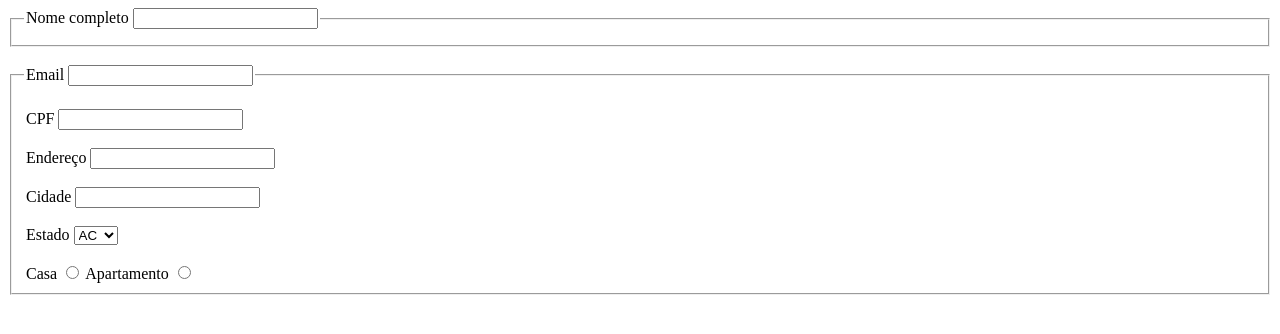
Repository: Parker9309/-trybe-exercises
Page: exercises/exercises-bloco6/html-e-css-forms-flexbox-e-responsivo_1/index.html
The author's editor kept a copy of each file at every save. The page is drawn from the files as they stood at one save, then again after the next save.
The browser window is 1280 px wide. The pictures show the whole page.

Above is the page before, as saved 2021-03-16 00:32:47.

### exercises/exercises-bloco6/html-e-css-forms-flexbox-e-responsivo_1/index.html
<!DOCTYPE html>
<html lang="pt-br">
<head>
  <meta charset="UTF-8">
  <meta http-equiv="X-UA-Compatible" content="IE=edge">
  <meta name="viewport" content="width=device-width, initial-scale=1.0">
  <title>Document</title>
</head>
<body>
  <form>
    <fieldset>
      <legend>
        <label form="nome"> Nome completo
          <input type = "text" name="nome" id="nome" maxlength="40" required>
        </label>
      </legend>
    </fieldset>
  <br>
  <fieldset>
    <legend>
      <label form="mail"> Email
        <input type = "text" name="nome" id="mail" maxlength="50" required>
      </label>
    </legend>

  <br>

    <legend>
      <label form="cpf"> CPF
        <input type = "text" name="nome" id="cpf" maxlength="11" required>
      </label>
    </legend>

<br>

  <legend>
    <label form="nome"> Endereço
      <input type = "text" name="nome" id="endereço" maxlength="200" required>
    </label>
  </legend>

<br>

  <legend>
    <label form="nome"> Cidade
      <input type = "text" name="nome" id="city" maxlength="28" required>
    </label>
  </legend>

<br>

  <legend>
    <label form="nome"> Estado
      <select name="nome" id="estados" required>
    </label>
  </legend>

<br>

  <legend>
    <label form="nome"> Estado
      <select name="nome" id="estados" required>
    </label>
  </legend>

<br>

  <legend>
      <label form="nome">Casa</label>
      <input type="radio" name="nome" id="Moradia" required>
      <label form="nome">Apartamento</label>
      <input type="radio" name="nome" id="Moradia" required>
  </legend>
</fieldset>
<br>
</form>
<script src = "script.js"></script>
</body>
</html>

### exercises/exercises-bloco6/html-e-css-forms-flexbox-e-responsivo_1/script.js
let opcoes = document.getElementById('estados');
function criarOpcoes() {
  let estadosBr = ['AC', 'AL', 'AP','AM', 'BA','CE', 'DF',
  'ES', 'GO', 'MA', 'MT', 'MS', 'MG', 'PA', 'PB', 'PR','PE', 'PI', 'RJ', 'RN', 'RS', 'RO', 'RR', 'SC', 'SP', 'SE', 'TO'];
  for (let stateIndex = 0; stateIndex < estadosBr.length; stateIndex += 1) {
    let opcao = document.createElement('option');
    opcao.value = estadosBr[stateIndex].toLowerCase();
    opcao.id = 'estados';
    opcao.innerHTML = estadosBr[stateIndex];
    opcoes.appendChild(opcao);
  }
}
criarOpcoes()

After the next save:
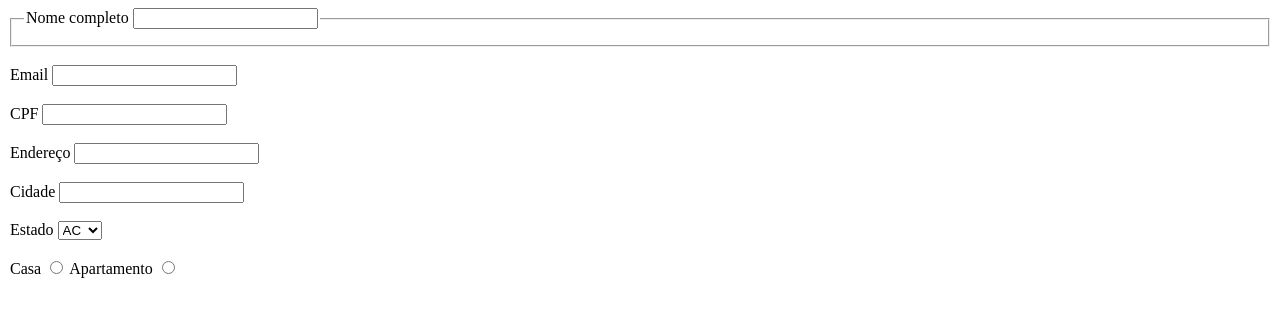
Saved 6 s later.
--- a/exercises/exercises-bloco6/html-e-css-forms-flexbox-e-responsivo_1/index.html
+++ b/exercises/exercises-bloco6/html-e-css-forms-flexbox-e-responsivo_1/index.html
@@ -16,7 +16,7 @@
       </legend>
     </fieldset>
   <br>
-  <fieldset>
+
     <legend>
       <label form="mail"> Email
         <input type = "text" name="nome" id="mail" maxlength="50" required>
